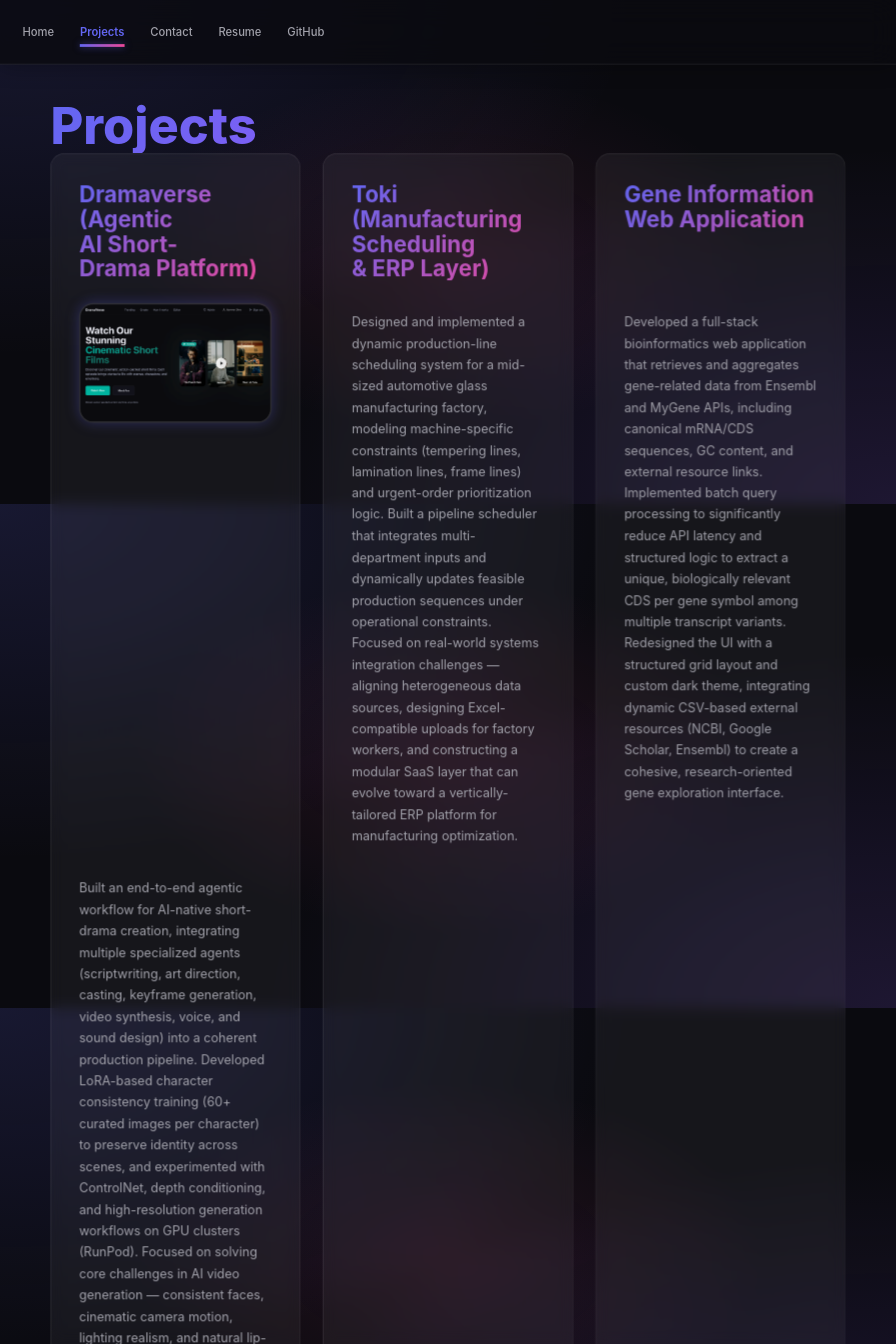
Repository: SummerZ27/personal-website
Page: projects/index.html
An editor plug-in stored every save of this project. The page is shown before and after a run of saves, followed by the edit.
The browser window is 1280 px wide. The pictures show the part of the page from y = 0 to 1920 px (the page is 3227 px tall before and 3231 px after), at 70% of full size.
Backgrounds fixed to the window are drawn as part of the page.

Above is the page before, as saved 2026-02-13 13:38:00.

### projects/index.html
<!DOCTYPE html>
<html lang="en">
<head>
    <meta charset="UTF-8">
    <meta name="viewport" content="width=device-width, initial-scale=1.0">
    <title>Projects - Summer Zhou</title>
    <link rel="stylesheet" href="../style.css">
</head>
<body>
    <nav>
        <a href="../index.html">Home</a>
        <a href="index.html" class="current">Projects</a>
        <a href="../contact/index.html">Contact</a>
        <a href="../files/resume.pdf" target="_blank">Resume</a>
        <a href="https://github.com/SummerZ27" target="_blank">GitHub</a>
    </nav>

    <main>
        <h1>Projects</h1>

        <div class="projects">
        <section>
        <h2>Dramaverse (Agentic AI Short-Drama Platform)</h2>
        <img src="../images/dramaverse.png" alt="Dramaverse AI Short-Drama Platform interface">
        <p>Built an end-to-end agentic workflow for AI-native short-drama creation, integrating multiple specialized agents (scriptwriting, art direction, casting, keyframe generation, video synthesis, voice, and sound design) into a coherent production pipeline. Developed LoRA-based character consistency training (60+ curated images per character) to preserve identity across scenes, and experimented with ControlNet, depth conditioning, and high-resolution generation workflows on GPU clusters (RunPod). Focused on solving core challenges in AI video generation — consistent faces, cinematic camera motion, lighting realism, and natural lip-sync — aiming to move beyond "AI-slop" toward scalable, studio-quality storytelling.</p>
    </section>

    <section>
        <h2>Toki (Manufacturing Scheduling & ERP Layer)</h2>
        <p>Designed and implemented a dynamic production-line scheduling system for a mid-sized automotive glass manufacturing factory, modeling machine-specific constraints (tempering lines, lamination lines, frame lines) and urgent-order prioritization logic. Built a pipeline scheduler that integrates multi-department inputs and dynamically updates feasible production sequences under operational constraints. Focused on real-world systems integration challenges — aligning heterogeneous data sources, designing Excel-compatible uploads for factory workers, and constructing a modular SaaS layer that can evolve toward a vertically-tailored ERP platform for manufacturing optimization.</p>
    </section>

    <section>
        <h2>Gene Information Web Application</h2>
        <p>Developed a full-stack bioinformatics web application that retrieves and aggregates gene-related data from Ensembl and MyGene APIs, including canonical mRNA/CDS sequences, GC content, and external resource links. Implemented batch query processing to significantly reduce API latency and structured logic to extract a unique, biologically relevant CDS per gene symbol among multiple transcript variants. Redesigned the UI with a structured grid layout and custom dark theme, integrating dynamic CSV-based external resources (NCBI, Google Scholar, Ensembl) to create a cohesive, research-oriented gene exploration interface.</p>
    </section>

    <section>
        <h2>Time Series Forecasting via Modified Transformer Attention Mechanism</h2>
        <p>Conducted research on hierarchical revenue forecasting for a medical device company, replacing standard Transformer attention with a modified attention-on-attention mechanism to better capture multi-level temporal dependencies and cross-series coherence. Experimented with linear models, LSTMs, and baseline Transformers before introducing architectural changes that reweighted temporal features and enforced hierarchical consistency through customized loss functions (MSE, weighted aggregation loss). Evaluated performance across granular revenue levels, focusing on improving long-horizon forecast stability and ratio alignment across product hierarchies.</p>
    </section>
        </div>
    </main>
</body>
</html>

### style.css
/* Modern CSS Reset & Base Styles */
* {
    margin: 0;
    padding: 0;
    box-sizing: border-box;
}

:root {
    --primary-color: #6366f1;
    --secondary-color: #8b5cf6;
    --accent-color: #ec4899;
    --bg-dark: #0a0a0f;
    --bg-card: rgba(255, 255, 255, 0.05);
    --text-primary: #ffffff;
    --text-secondary: #a1a1aa;
    --border-color: rgba(255, 255, 255, 0.1);
    --shadow-glow: 0 0 20px rgba(99, 102, 241, 0.3);
}

body {
    font-family: -apple-system, BlinkMacSystemFont, 'Segoe UI', 'Roboto', 'Oxygen', 'Ubuntu', 'Cantarell', sans-serif;
    font-size: 18px;
    line-height: 1.7;
    color: var(--text-primary);
    background: var(--bg-dark);
    background-image:
        radial-gradient(at 0% 0%, rgba(99, 102, 241, 0.15) 0px, transparent 50%),
        radial-gradient(at 100% 100%, rgba(139, 92, 246, 0.15) 0px, transparent 50%),
        radial-gradient(at 50% 50%, rgba(236, 72, 153, 0.1) 0px, transparent 50%);
    background-attachment: fixed;
    min-height: 100vh;
    padding: 0;
    margin: 0;
    overflow-x: hidden;
    scroll-behavior: smooth;
}

/* Animated background particles effect */
body::before {
    content: '';
    position: fixed;
    top: 0;
    left: 0;
    width: 100%;
    height: 100%;
    background-image:
        radial-gradient(2px 2px at 20% 30%, rgba(99, 102, 241, 0.3), transparent),
        radial-gradient(2px 2px at 60% 70%, rgba(139, 92, 246, 0.3), transparent),
        radial-gradient(1px 1px at 50% 50%, rgba(236, 72, 153, 0.3), transparent),
        radial-gradient(1px 1px at 80% 10%, rgba(99, 102, 241, 0.2), transparent),
        radial-gradient(2px 2px at 90% 80%, rgba(139, 92, 246, 0.2), transparent);
    background-size: 200% 200%;
    animation: particleMove 20s ease-in-out infinite;
    pointer-events: none;
    z-index: 0;
    opacity: 0.6;
}

@keyframes particleMove {
    0%, 100% { background-position: 0% 0%, 100% 100%, 50% 50%, 80% 10%, 90% 80%; }
    50% { background-position: 100% 0%, 0% 100%, 50% 50%, 20% 90%, 10% 20%; }
}

/* Main content wrapper */
body > * {
    position: relative;
    z-index: 1;
}

/* Navigation Styles */
nav {
    background: rgba(10, 10, 15, 0.8);
    backdrop-filter: blur(20px);
    border-bottom: 1px solid var(--border-color);
    padding: 1.5rem 2rem;
    margin-bottom: 0;
    position: sticky;
    top: 0;
    z-index: 100;
    box-shadow: 0 4px 30px rgba(0, 0, 0, 0.3);
    max-width: 100%;
}

nav a {
    display: inline-block;
    margin-right: 2rem;
    text-decoration: none;
    color: var(--text-secondary);
    font-weight: 500;
    font-size: 1rem;
    position: relative;
    transition: all 0.3s ease;
    padding: 0.5rem 0;
}

nav a::after {
    content: '';
    position: absolute;
    bottom: 0;
    left: 0;
    width: 0;
    height: 2px;
    background: linear-gradient(90deg, var(--primary-color), var(--accent-color));
    transition: all 0.3s ease;
}

/* Current page styling */
nav a.current {
    color: var(--primary-color);
    font-weight: 600;
}

nav a.current::after {
    width: 100%;
    height: 4px;
    background: linear-gradient(90deg, var(--primary-color), var(--accent-color));
    box-shadow: 0 0 10px rgba(99, 102, 241, 0.5);
}

/* Hover effects for non-current links */
nav a:not(.current):hover {
    color: var(--text-primary);
    transform: translateY(-2px);
}

nav a:not(.current):hover::after {
    width: 100%;
    height: 3px;
    box-shadow: 0 0 8px rgba(99, 102, 241, 0.4);
}

/* Hover effect for current page (subtle) */
nav a.current:hover {
    color: var(--accent-color);
    transform: translateY(-1px);
}

nav a.current:hover::after {
    height: 4px;
    box-shadow: 0 0 15px rgba(236, 72, 153, 0.6);
}

/* Container */
main {
    max-width: 1200px;
    margin: 0 auto;
    padding: 3rem 2rem 2rem 2rem;
}

/* Header Section */
.header-section {
    display: flex;
    align-items: center;
    justify-content: space-between;
    gap: 2rem;
    margin-bottom: 2rem;
    flex-wrap: wrap;
}

/* Typography */
h1, h2, h3, h4, h5, h6 {
    line-height: 1.1;
    text-wrap: balance;
}

h1 {
    font-size: 400%;
    font-weight: 800;
    background: linear-gradient(135deg, var(--primary-color), var(--secondary-color), var(--accent-color));
    -webkit-background-clip: text;
    -webkit-text-fill-color: transparent;
    background-clip: text;
    margin-bottom: 0;
    animation: fadeInUp 0.8s ease;
    flex: 1;
    min-width: 300px;
}

h2 {
    font-size: 2rem;
    font-weight: 700;
    color: var(--text-primary);
    margin-bottom: 1rem;
    background: linear-gradient(135deg, var(--primary-color), var(--accent-color));
    -webkit-background-clip: text;
    -webkit-text-fill-color: transparent;
    background-clip: text;
}

h3 {
    font-size: 1.5rem;
    font-weight: 600;
    color: var(--text-primary);
    margin-bottom: 0.75rem;
}

p {
    color: var(--text-secondary);
    margin-bottom: 1.5rem;
    animation: fadeIn 1s ease;
}

/* Image Styles */
img {
    max-width: 100%;
    width: 100%;
    height: auto;
    border-radius: 20px;
    box-shadow: var(--shadow-glow);
    margin: 0;
    transition: all 0.4s ease;
    border: 2px solid var(--border-color);
    animation: fadeInScale 1s ease;
    flex-shrink: 0;
}

.header-section img {
    max-width: 350px;
}

img:hover {
    transform: scale(1.05) rotate(2deg);
    box-shadow: 0 0 40px rgba(99, 102, 241, 0.5);
}

/* Section Styles */
section {
    background: var(--bg-card);
    backdrop-filter: blur(10px);
    border: 1px solid var(--border-color);
    border-radius: 20px;
    padding: 2.5rem;
    margin-bottom: 2rem;
    transition: all 0.4s ease;
    position: relative;
    overflow: hidden;
    animation: fadeInUp 0.6s ease;
}

section::before {
    content: '';
    position: absolute;
    top: 0;
    left: -100%;
    width: 100%;
    height: 100%;
    background: linear-gradient(90deg, transparent, rgba(99, 102, 241, 0.1), transparent);
    transition: left 0.5s ease;
}

section:hover {
    transform: translateY(-5px);
    border-color: var(--primary-color);
    box-shadow: 0 10px 40px rgba(99, 102, 241, 0.2);
}

section:hover::before {
    left: 100%;
}

section h2 {
    margin-top: 0;
    margin-bottom: 0;
}

/* Projects Grid Layout */
.projects {
    display: grid;
    grid-template-columns: repeat(auto-fit, minmax(320px, 1fr));
    gap: 2rem;
}

.projects section {
    display: grid;
    grid-template-rows: subgrid;
    grid-row: span 3;
    margin-bottom: 0;
}

.projects section img {
    margin-bottom: 0;
}

.projects section p {
    margin-top: 0.75rem;
    margin-bottom: 0;
}

/* Article Styles */
article {
    margin-bottom: 2rem;
    padding: 1.5rem;
    background: rgba(255, 255, 255, 0.02);
    border-radius: 15px;
    border-left: 3px solid var(--primary-color);
    transition: all 0.3s ease;
}

article:hover {
    background: rgba(255, 255, 255, 0.05);
    transform: translateX(5px);
}

/* List Styles */
ul {
    list-style: none;
    padding-left: 0;
}

ul li {
    padding: 0.75rem 0;
    padding-left: 1.5rem;
    position: relative;
    color: var(--text-secondary);
}

ul li::before {
    content: '▹';
    position: absolute;
    left: 0;
    color: var(--primary-color);
    font-weight: bold;
}

/* Form Styles */
form {
    display: grid;
    grid-template-columns: auto 1fr;
    gap: 1em;
    background: var(--bg-card);
    backdrop-filter: blur(10px);
    border: 1px solid var(--border-color);
    border-radius: 20px;
    padding: 2.5rem;
    margin-top: 2rem;
    animation: fadeInUp 0.6s ease;
}

label {
    display: grid;
    grid-template-columns: subgrid;
    grid-column: 1 / -1;
    color: var(--text-primary);
    font-weight: 500;
    font-size: 1rem;
    align-items: center;
}

input[type="email"],
input[type="text"],
textarea {
    width: 100%;
    padding: 1rem;
    background: rgba(255, 255, 255, 0.05);
    border: 2px solid var(--border-color);
    border-radius: 10px;
    color: var(--text-primary);
    font-size: 1rem;
    font-family: inherit;
    transition: all 0.3s ease;
}

input[type="email"]:focus,
input[type="text"]:focus,
textarea:focus {
    outline: none;
    border-color: var(--primary-color);
    background: rgba(255, 255, 255, 0.08);
    box-shadow: 0 0 20px rgba(99, 102, 241, 0.3);
    transform: translateY(-2px);
}

textarea {
    min-height: 150px;
    resize: vertical;
}

button {
    grid-column: 1 / -1;
    background: linear-gradient(135deg, var(--primary-color), var(--secondary-color));
    color: white;
    border: none;
    padding: 1rem 2.5rem;
    font-size: 1.1rem;
    font-weight: 600;
    border-radius: 10px;
    cursor: pointer;
    transition: all 0.3s ease;
    box-shadow: 0 4px 15px rgba(99, 102, 241, 0.4);
    text-transform: uppercase;
    letter-spacing: 1px;
    justify-self: start;
}

button:hover {
    transform: translateY(-3px);
    box-shadow: 0 6px 25px rgba(99, 102, 241, 0.6);
    background: linear-gradient(135deg, var(--secondary-color), var(--accent-color));
}

button:active {
    transform: translateY(-1px);
}

/* Time element */
time {
    color: var(--accent-color);
    font-weight: 500;
    font-style: normal;
}

/* Animations */
@keyframes fadeIn {
    from {
        opacity: 0;
    }
    to {
        opacity: 1;
    }
}

@keyframes fadeInUp {
    from {
        opacity: 0;
        transform: translateY(30px);
    }
    to {
        opacity: 1;
        transform: translateY(0);
    }
}

@keyframes fadeInScale {
    from {
        opacity: 0;
        transform: scale(0.9);
    }
    to {
        opacity: 1;
        transform: scale(1);
    }
}

/* Stagger animations for sections */
section:nth-child(1) { animation-delay: 0.1s; }
section:nth-child(2) { animation-delay: 0.2s; }
section:nth-child(3) { animation-delay: 0.3s; }
section:nth-child(4) { animation-delay: 0.4s; }

/* Responsive Design */
@media (max-width: 768px) {
    body {
        padding: 1rem;
    }

    nav {
        padding: 1rem;
        text-align: center;
    }

    nav a {
        display: block;
        margin: 0.5rem 0;
        margin-right: 0;
    }

    .header-section {
        flex-direction: column;
        align-items: flex-start;
    }

    h1 {
        font-size: 2.5rem;
        margin-bottom: 1.5rem;
    }

    .header-section img {
        max-width: 300px;
        align-self: center;
    }

    h2 {
        font-size: 1.5rem;
    }

    section {
        padding: 1.5rem;
    }

    img {
        max-width: 100%;
    }
}

/* Scrollbar Styling */
::-webkit-scrollbar {
    width: 10px;
}

::-webkit-scrollbar-track {
    background: var(--bg-dark);
}

::-webkit-scrollbar-thumb {
    background: linear-gradient(180deg, var(--primary-color), var(--accent-color));
    border-radius: 5px;
}

::-webkit-scrollbar-thumb:hover {
    background: linear-gradient(180deg, var(--secondary-color), var(--primary-color));
}

After the next 2 saves:
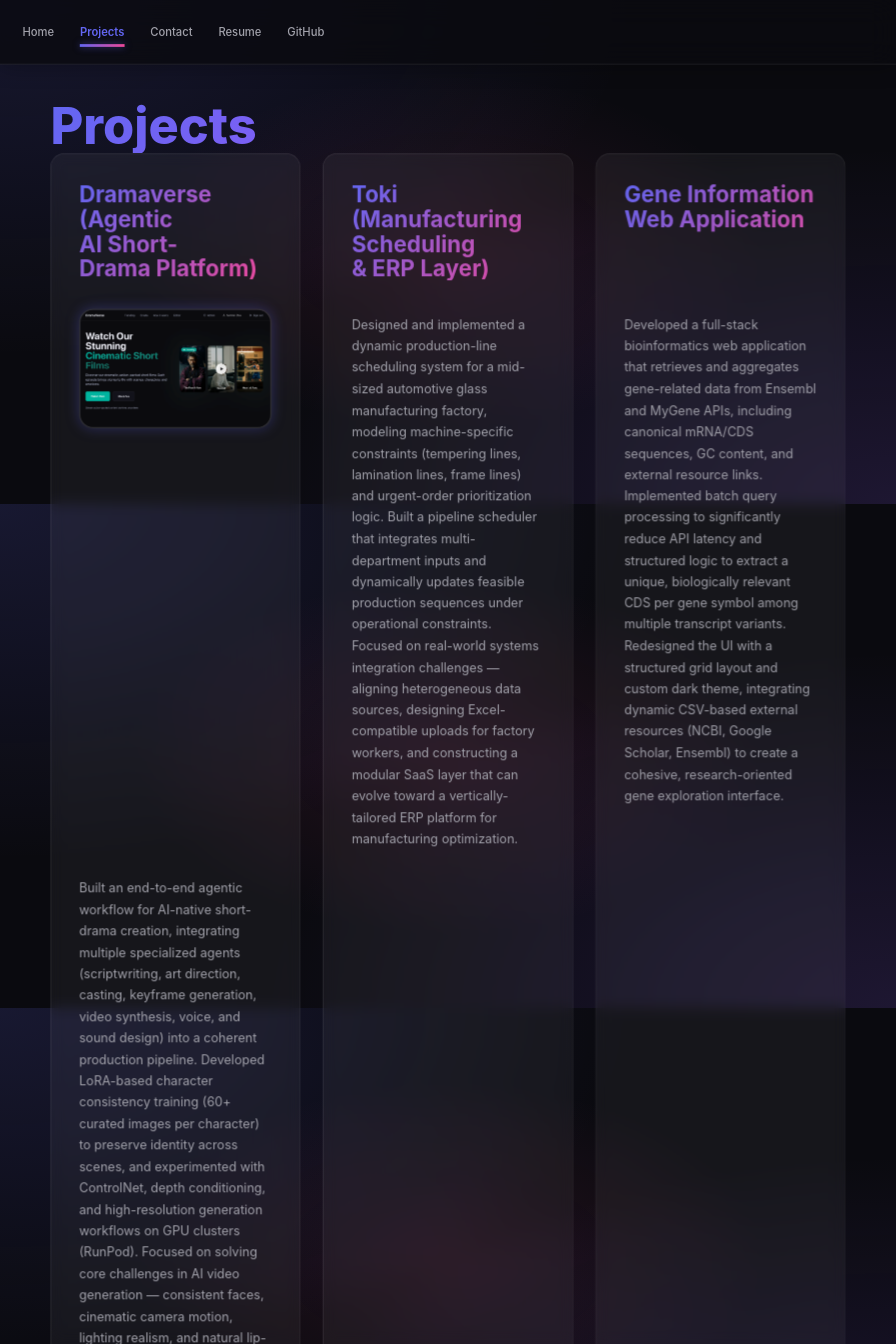
The 2 saves are shown as one change because they came seconds apart.
The last was saved 49 s later.
--- a/style.css
+++ b/style.css
@@ -277,12 +277,17 @@ section h2 {
     margin-bottom: 0;
 }
 
+.projects section h2 {
+    margin-bottom: 0.5rem;
+}
+
 .projects section img {
     margin-bottom: 0;
+    margin-top: 0;
 }
 
 .projects section p {
-    margin-top: 0.75rem;
+    margin-top: 0.5rem;
     margin-bottom: 0;
 }
 
